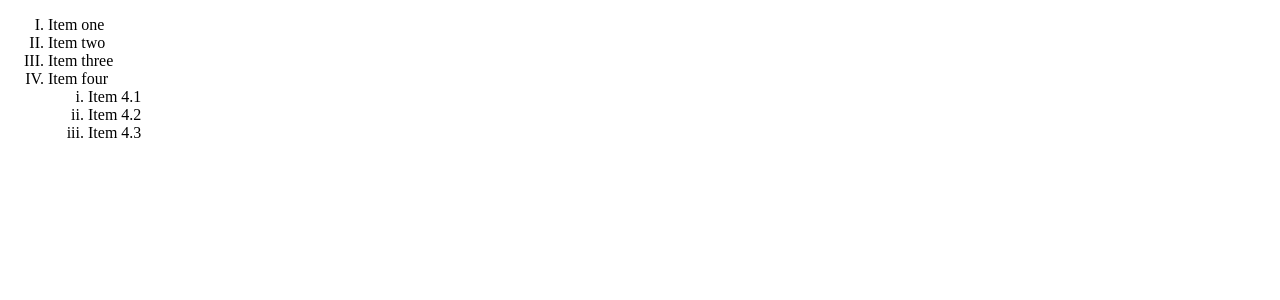
Repository: PhamChiXuan1/HTCNW_tuan3_DHCNTT16C_PhamChiXuan_20030131
Page: bt4.html
The author's editor kept a copy of each file at every save. The page is drawn from the files as they stood at one save, then again after the next save.
The browser window is 1280 px wide. The pictures show the whole page.

Above is the page before, as saved 2022-02-26 21:03:17.

After the next save:
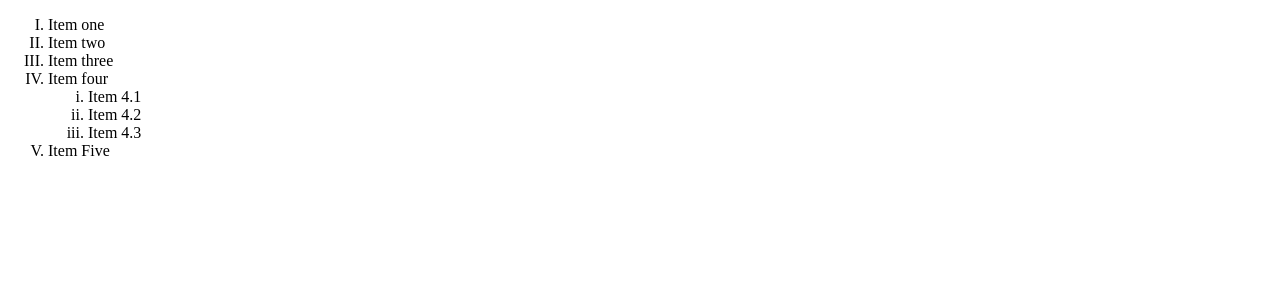
Saved 19 s later.
--- a/bt4.html
+++ b/bt4.html
@@ -17,6 +17,7 @@
         <li>Item 4.2</li>
         <li>Item 4.3</li>
     </ol>
+    <li>Item Five</li>
   </ol>
 </body>
 </html>
